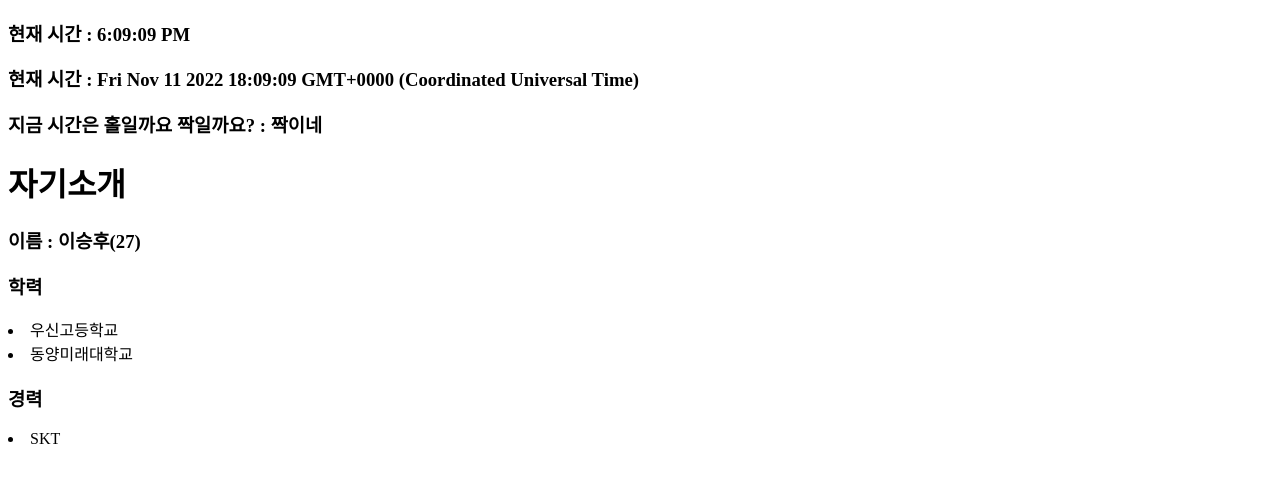
Repository: pooh2s/blog
Page: /
These files come from the project's save history. The page is drawn as it stood at one moment and after the next save; the edit follows.
The browser window is 1280 px wide. The pictures show the whole page.
The project was rebuilt for these pictures with package versions that can differ from the ones it lists, and the page was loaded fresh each time.

Above is the page before, as saved 2022-11-11 19:29:12.

### src/App.tsx
import React, { useEffect, useState } from "react";

function App() {
  const [time, setTime] = useState(new Date());
  const timer = setInterval(() => {
    setTime(new Date());
  }, 1000);

  useEffect(() => {
    return () => {
      clearInterval(timer);
    };
  }, [timer]);

  let isEven = true;
  if (time.getTime() % 2 === 0) {
    isEven = true;
  } else {
    isEven = false;
  }

  return (
    <div>
      <h3>현재 시간 : {time.toLocaleTimeString()}</h3>
      <h3>현재 시간 : {time.toString()}</h3>
      <h3>지금 시간은 홀일까요 짝일까요? : {isEven ? "짝이네" : "홀이네"}</h3>

      <h1>자기소개</h1>
      <h3>이름 : 이승후(27)</h3>
      <h3>학력</h3>
      <>
        <li>우신고등학교</li>
        <li>동양미래대학교</li>
      </>
      <h3>경력</h3>
      <>
        <li>SKT</li>
      </>
    </div>
  );
}

export default App;

Loaded but not shown: public/index.html (common file); src/index.tsx (common file); src/reportWebVitals.ts (common file)

After the next save:
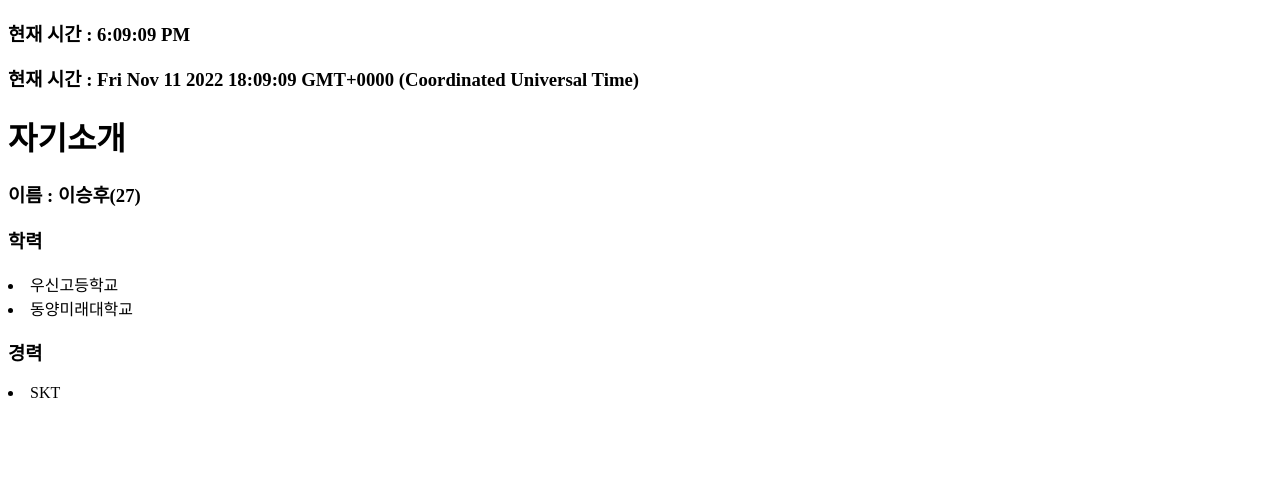
Saved 15 s later.
--- a/src/App.tsx
+++ b/src/App.tsx
@@ -12,18 +12,10 @@ function App() {
     };
   }, [timer]);
 
-  let isEven = true;
-  if (time.getTime() % 2 === 0) {
-    isEven = true;
-  } else {
-    isEven = false;
-  }
-
   return (
     <div>
       <h3>현재 시간 : {time.toLocaleTimeString()}</h3>
       <h3>현재 시간 : {time.toString()}</h3>
-      <h3>지금 시간은 홀일까요 짝일까요? : {isEven ? "짝이네" : "홀이네"}</h3>
 
       <h1>자기소개</h1>
       <h3>이름 : 이승후(27)</h3>
